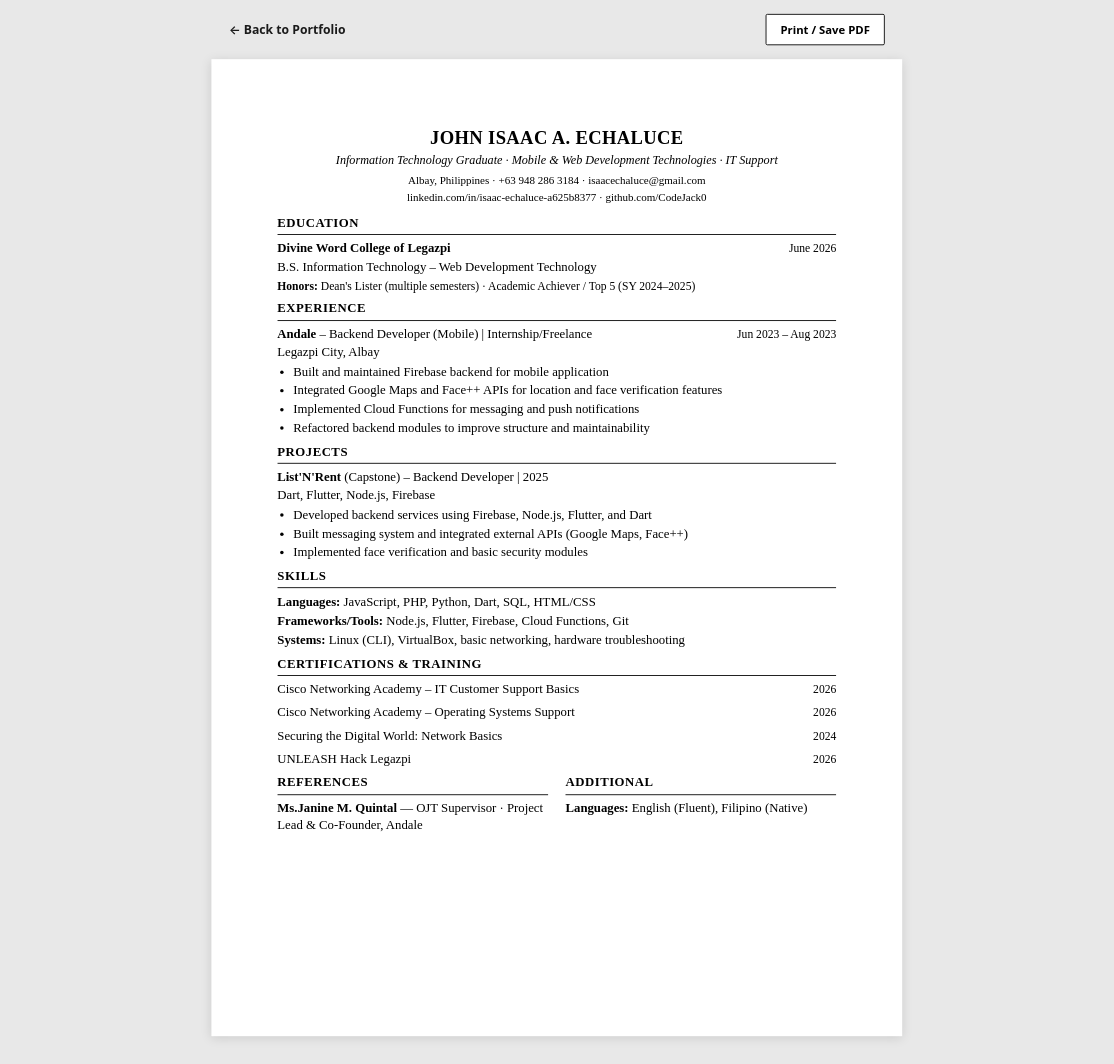
Repository: CodeJack0/Professional_Portfolio
Page: pages/resume.html
These files come from the project's save history. The page is drawn as it stood at one moment and after the next save; the edit follows.
The browser window is 1280 px wide. The pictures show the whole page, at 87% of full size.

Above is the page before, as saved 2026-05-29 21:06:39.

### pages/resume.html
<!DOCTYPE html>
<html lang="en">
<head>
  <meta charset="UTF-8" />
  <meta name="viewport" content="width=device-width, initial-scale=1.0" />
  <meta name="description" content="Resume / CV — John Isaac A. Echaluce, IT Graduate" />
  <title>Resume / CV — John Isaac A. Echaluce</title>
  <link rel="stylesheet" href="../css/resume.css" />
</head>
<body class="resume-page">
  <div class="resume-toolbar no-print">
    <a href="../index.html" class="toolbar-link">← Back to Portfolio</a>
    <button type="button" class="toolbar-btn" onclick="window.print()">Print / Save PDF</button>
  </div>

  <article class="resume-document" aria-label="Resume">
    <header class="resume-header">
      <h1 class="resume-name">John Isaac A. Echaluce</h1>
      <p class="resume-tagline">Information Technology Graduate · Mobile &amp; Web Development Technologies · IT Support</p>
      <p class="resume-contact-line">
        Albay, Philippines · <a href="tel:+639482863184">+63 948 286 3184</a> ·
        <a href="mailto:isaacechaluce@gmail.com">isaacechaluce@gmail.com</a>
      </p>
      <p class="resume-contact-line resume-contact-line--links">
        <a href="https://www.linkedin.com/in/isaac-echaluce-a625b8377/" rel="noopener noreferrer">linkedin.com/in/isaac-echaluce-a625b8377</a> ·
        <a href="https://github.com/CodeJack0" rel="noopener noreferrer">github.com/CodeJack0</a>
      </p>
    </header>

    <main class="resume-content">
      <section class="resume-section">
        <h2 class="resume-section-title">Education</h2>

        <div class="entry">
          <div class="entry-row">
            <span class="entry-left"><strong>Divine Word College of Legazpi</strong></span>
            <span class="entry-right">June 2026</span>
          </div>
          <div class="entry-row entry-row--sub">
            <span class="entry-left">B.S. Information Technology – Web Development Technology</span>
          </div>
          <p class="honors-line">
            <strong>Honors:</strong> Dean's Lister (multiple semesters) · Academic Achiever / Top 5 (SY 2024–2025)
          </p>
        </div>
      </section>

      <section class="resume-section">
        <h2 class="resume-section-title">Experience</h2>

        <div class="entry">
          <div class="entry-row">
            <span class="entry-left"><strong>Andale</strong> – Backend Developer (Mobile) | Internship/Freelance</span>
            <span class="entry-right">Jun 2023 – Aug 2023</span>
          </div>
          <div class="entry-row entry-row--sub">
            <span class="entry-left">Legazpi City, Albay</span>
          </div>
          <ul class="resume-list">
            <li>Built and maintained Firebase backend for mobile application</li>
            <li>Integrated Google Maps and Face++ APIs for location and face verification features</li>
            <li>Implemented Cloud Functions for messaging and push notifications</li>
            <li>Refactored backend modules to improve structure and maintainability</li>
          </ul>
        </div>
      </section>

      <section class="resume-section">
        <h2 class="resume-section-title">Projects</h2>

        <div class="entry">
          <div class="entry-row">
            <span class="entry-left"><strong>List'N'Rent</strong> (Capstone) – Backend Developer | 2025</span>
            <span class="entry-right"></span>
          </div>
          <div class="entry-row entry-row--sub">
            <span class="entry-left">Dart, Flutter, Node.js, Firebase</span>
          </div>
          <ul class="resume-list">
            <li>Developed backend services using Firebase, Node.js, Flutter, and Dart</li>
            <li>Built messaging system and integrated external APIs (Google Maps, Face++)</li>
            <li>Implemented face verification and basic security modules</li>
          </ul>
        </div>


      <section class="resume-section">
        <h2 class="resume-section-title">Skills</h2>
        <p class="skills-line"><strong>Languages:</strong> JavaScript, PHP, Python, Dart, SQL, HTML/CSS</p>
        <p class="skills-line"><strong>Frameworks/Tools:</strong> Node.js, Flutter, Firebase, Cloud Functions, Git</p>
        <p class="skills-line"><strong>Systems:</strong> Linux (CLI), VirtualBox, basic networking, hardware troubleshooting</p>
      </section>

      <section class="resume-section">
        <h2 class="resume-section-title">Certifications & Training</h2>

        <div class="entry entry--compact">
          <div class="entry-row">
            <span class="entry-left">Cisco Networking Academy – IT Customer Support Basics</span>
            <span class="entry-right">2026</span>
          </div>
        </div>

        <div class="entry entry--compact">
          <div class="entry-row">
            <span class="entry-left">Cisco Networking Academy – Operating Systems Support</span>
            <span class="entry-right">2026</span>
          </div>
        </div>

        <div class="entry entry--compact">
          <div class="entry-row">
            <span class="entry-left">Securing the Digital World: Network Basics</span>
            <span class="entry-right">2024</span>
          </div>
        </div>

        <div class="entry entry--compact">
          <div class="entry-row">
            <span class="entry-left">UNLEASH Hack Legazpi</span>
            <span class="entry-right">2026</span>
          </div>
        </div>
      </section>

      <section class="resume-section resume-section--combined">
        <div class="resume-two-col">
          <div>
            <h2 class="resume-section-title">References</h2>
            <p class="skills-line"><strong>Ms.Janine M. Quintal</strong> — OJT Supervisor · Project Lead &amp; Co-Founder, Andale</p>
          </div>
          <div>
            <h2 class="resume-section-title">Additional</h2>
            <p class="skills-line"><strong>Languages:</strong> English (Fluent), Filipino (Native)</p>
          </div>
        </div>
      </section>
    </main>
  </article>
</body>
</html>

### css/resume.css
/* Harvard-style resume — conservative, single column, print-first (A4) */

:root {
  --resume-page-width: 210mm;
  --resume-page-height: 297mm;
  --resume-page-margin: 20mm;
}

*,
*::before,
*::after {
  box-sizing: border-box;
}

body.resume-page {
  margin: 0;
  font-family: "Times New Roman", Times, Georgia, serif;
  font-size: 11pt;
  line-height: 1.35;
  color: #000;
  background: #e8e8e8;
  -webkit-font-smoothing: antialiased;
}

/* Toolbar (screen only) */
.resume-toolbar {
  display: flex;
  align-items: center;
  justify-content: space-between;
  max-width: var(--resume-page-width);
  margin: 0 auto;
  padding: 1rem 1.25rem;
  gap: 1rem;
  font-family: system-ui, -apple-system, sans-serif;
}

.toolbar-link {
  font-size: 0.875rem;
  font-weight: 600;
  color: #1a1a1a;
  text-decoration: none;
}

.toolbar-link:hover {
  text-decoration: underline;
}

.toolbar-btn {
  font-family: inherit;
  font-size: 0.8125rem;
  font-weight: 600;
  padding: 0.5rem 1rem;
  border: 1px solid #000;
  border-radius: 2px;
  background: #fff;
  color: #000;
  cursor: pointer;
}

.toolbar-btn:hover {
  background: #f5f5f5;
}

/* Document */
.resume-document {
  width: 100%;
  max-width: var(--resume-page-width);
  min-height: var(--resume-page-height);
  margin: 0 auto 2rem;
  padding: var(--resume-page-margin);
  background: #fff;
  box-shadow: 0 2px 12px rgba(0, 0, 0, 0.12);
}

/* Header */
.resume-header {
  text-align: center;
  margin-bottom: 0.65rem;
}

.resume-name {
  font-size: 16pt;
  font-weight: 700;
  margin: 0 0 0.25rem;
  letter-spacing: 0.02em;
  text-transform: uppercase;
}

.resume-tagline {
  margin: 0;
  font-size: 10.5pt;
  font-style: italic;
}

.resume-summary {
  margin: 0.35rem auto 0;
  max-width: 95%;
  font-size: 10pt;
  line-height: 1.4;
  text-align: center;
}

.resume-contact-line {
  margin: 0.2rem 0 0;
  font-size: 9.5pt;
  line-height: 1.45;
}

.resume-contact-line--links {
  margin-top: 0.1rem;
}

.resume-contact-line a {
  color: inherit;
  text-decoration: none;
}

.resume-contact-line a:hover {
  text-decoration: underline;
}

.honors-line {
  margin: 0.2rem 0 0;
  font-size: 10pt;
  line-height: 1.35;
}

.entry-note {
  margin: 0.15rem 0 0;
  font-size: 9.5pt;
  font-style: italic;
  line-height: 1.35;
}

/* Sections */
.resume-content {
  margin: 0;
}

.resume-section {
  margin-bottom: 0.45rem;
}

.entry--compact {
  margin-bottom: 0.2rem;
}

.resume-two-col {
  display: grid;
  grid-template-columns: 1fr 1fr;
  gap: 1.25rem;
  align-items: start;
}

.resume-two-col .resume-section-title {
  margin-top: 0;
}

.resume-section--combined {
  margin-bottom: 0;
}

.skills-line--muted {
  font-size: 9.5pt;
  font-style: italic;
}

.resume-section:last-child {
  margin-bottom: 0;
}

.resume-section-title {
  font-size: 11pt;
  font-weight: 700;
  text-transform: uppercase;
  letter-spacing: 0.04em;
  margin: 0.5rem 0 0.35rem;
  padding-bottom: 0.15rem;
  border-bottom: 1px solid #000;
}

.resume-section:first-child .resume-section-title {
  margin-top: 0;
}

/* Entries */
.entry {
  margin-bottom: 0.45rem;
}

.entry:last-child {
  margin-bottom: 0;
}

.entry-row {
  display: flex;
  justify-content: space-between;
  align-items: baseline;
  gap: 1rem;
}

.entry-row--sub {
  margin-top: 0.05rem;
}

.entry-left {
  flex: 1;
  min-width: 0;
}

.entry-right {
  flex-shrink: 0;
  white-space: nowrap;
  font-size: 10pt;
}

/* Lists */
.resume-list {
  margin: 0.2rem 0 0;
  padding-left: 1.15rem;
}

.resume-list li {
  margin-bottom: 0.1rem;
}

.resume-list--plain {
  list-style: disc;
  padding-left: 1.15rem;
}

/* Skills */
.skills-line {
  margin: 0.15rem 0 0;
}

.skills-line:first-of-type {
  margin-top: 0.1rem;
}

.resume-section--inline .skills-line {
  margin-top: 0.1rem;
}

/* Responsive */
@media (max-width: 640px) {
  .resume-document {
    min-height: auto;
    padding: 1rem;
  }

  .resume-contact-line {
    font-size: 9pt;
  }

  .entry-row {
    flex-direction: column;
    gap: 0.1rem;
  }

  .entry-right {
    white-space: normal;
  }

  .resume-two-col {
    grid-template-columns: 1fr;
    gap: 0.5rem;
  }
}

/* Print */
@media print {
  @page {
    size: A4;
    margin: 0;
  }

  body.resume-page {
    background: #fff;
    font-size: 11pt;
  }

  .no-print {
    display: none !important;
  }

  .resume-document {
    max-width: none;
    min-height: auto;
    margin: 0;
    padding: var(--resume-page-margin);
    box-shadow: none;
  }

  .resume-contact-line a {
    text-decoration: none;
  }

  .entry,
  .resume-section {
    break-inside: avoid;
  }
}

After the next save:
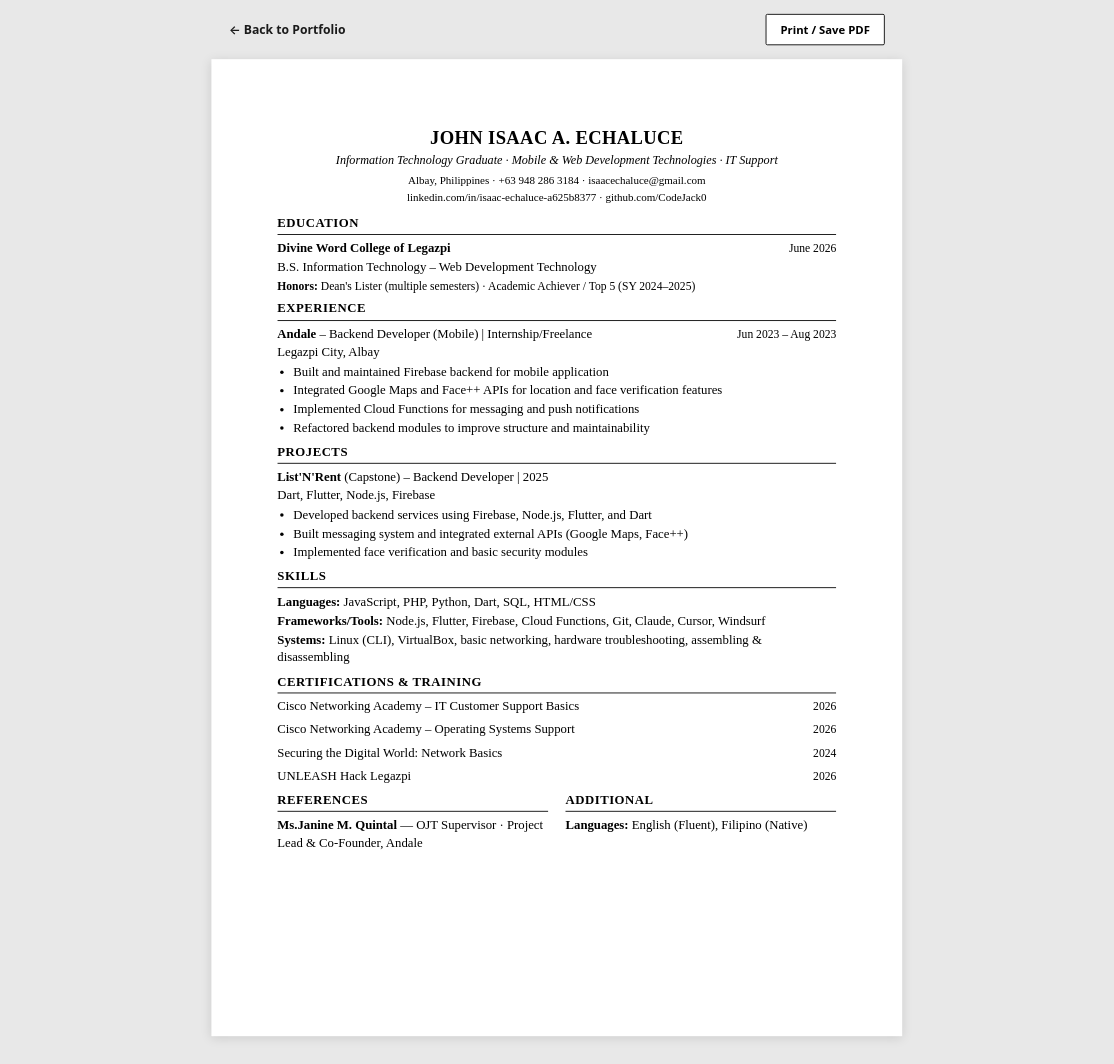
Saved 23 min 44 s later.
--- a/pages/resume.html
+++ b/pages/resume.html
@@ -87,8 +87,8 @@
       <section class="resume-section">
         <h2 class="resume-section-title">Skills</h2>
         <p class="skills-line"><strong>Languages:</strong> JavaScript, PHP, Python, Dart, SQL, HTML/CSS</p>
-        <p class="skills-line"><strong>Frameworks/Tools:</strong> Node.js, Flutter, Firebase, Cloud Functions, Git</p>
-        <p class="skills-line"><strong>Systems:</strong> Linux (CLI), VirtualBox, basic networking, hardware troubleshooting</p>
+        <p class="skills-line"><strong>Frameworks/Tools:</strong> Node.js, Flutter, Firebase, Cloud Functions, Git, Claude, Cursor, Windsurf</p>
+        <p class="skills-line"><strong>Systems:</strong> Linux (CLI), VirtualBox, basic networking, hardware troubleshooting, assembling & disassembling</p>
       </section>
 
       <section class="resume-section">
